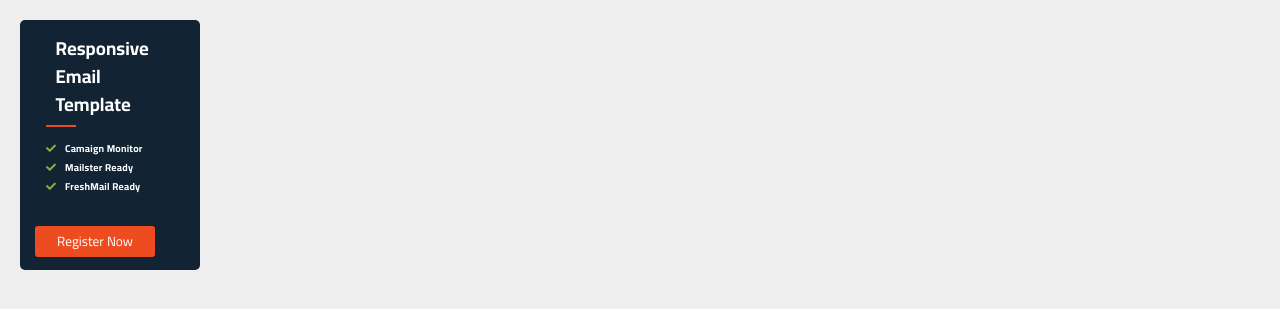
Repository: Z-ayat/Challenges
Page: Challenge 3/index.html
These files come from the project's save history. The page is drawn as it stood at one moment and after the next save; the edit follows.
The browser window is 1280 px wide. The pictures show the whole page.

Above is the page before, as saved 2021-09-04 00:59:08.

After the next save:
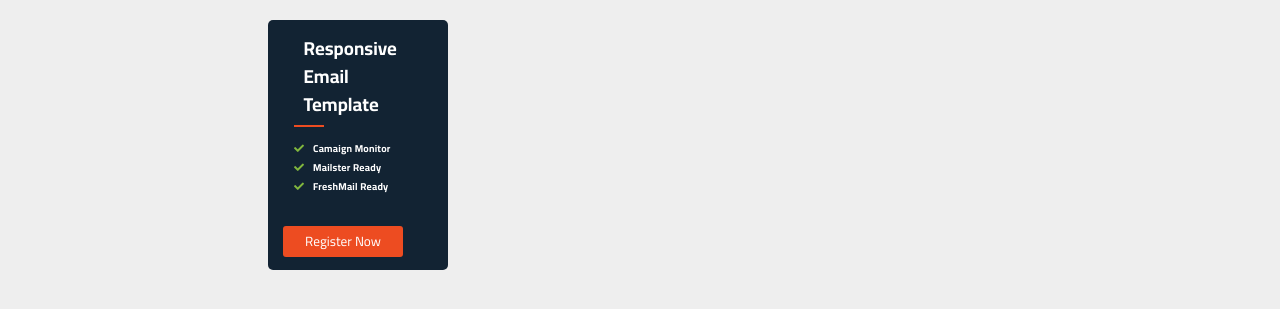
Saved 43 s later.
--- a/Challenge 3/styling/css/master.css
+++ b/Challenge 3/styling/css/master.css
@@ -33,6 +33,7 @@ div {
 
 .header {
     position: relative;
+    grid-column-start: 2;
 }
 
 .green-right {
